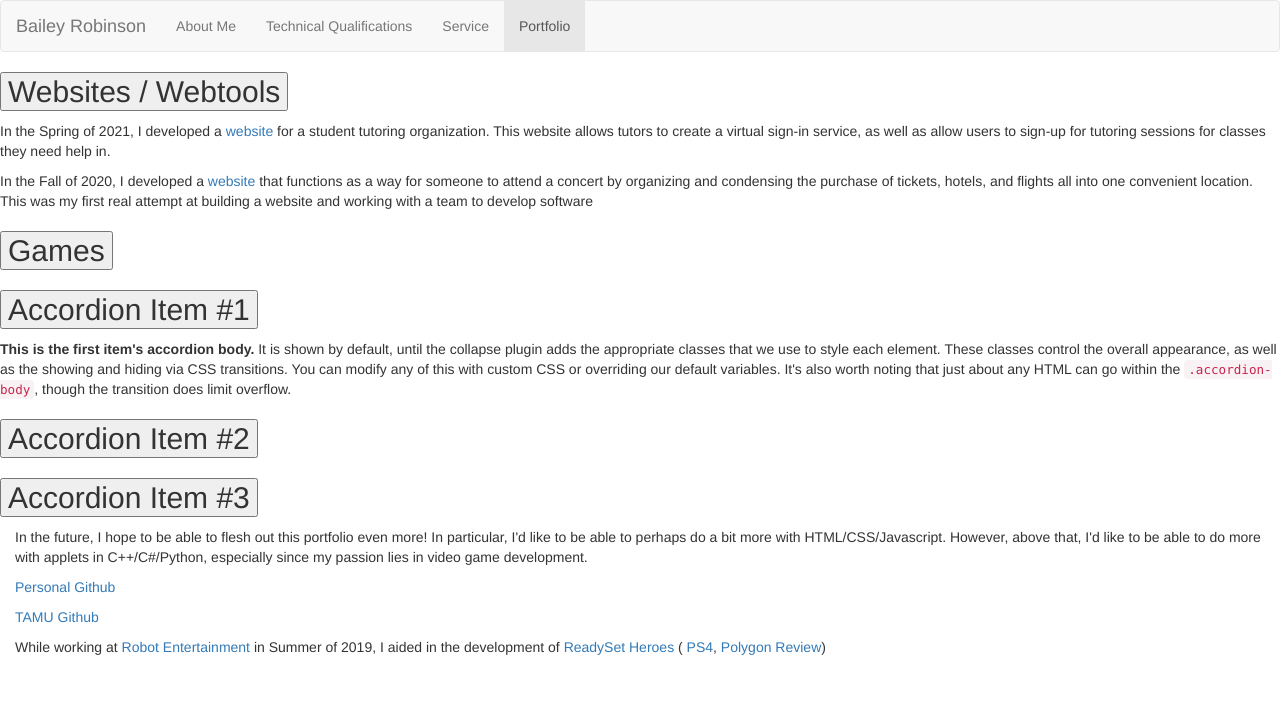
Repository: baileyjrob/personal_website
Page: portfolio.html
These files come from the project's save history. The page is drawn as it stood at one moment and after the next save; the edit follows.
The browser window is 1280 px wide. The pictures show the whole page.

Above is the page before, as saved 2022-04-20 13:14:03.

After the next save:
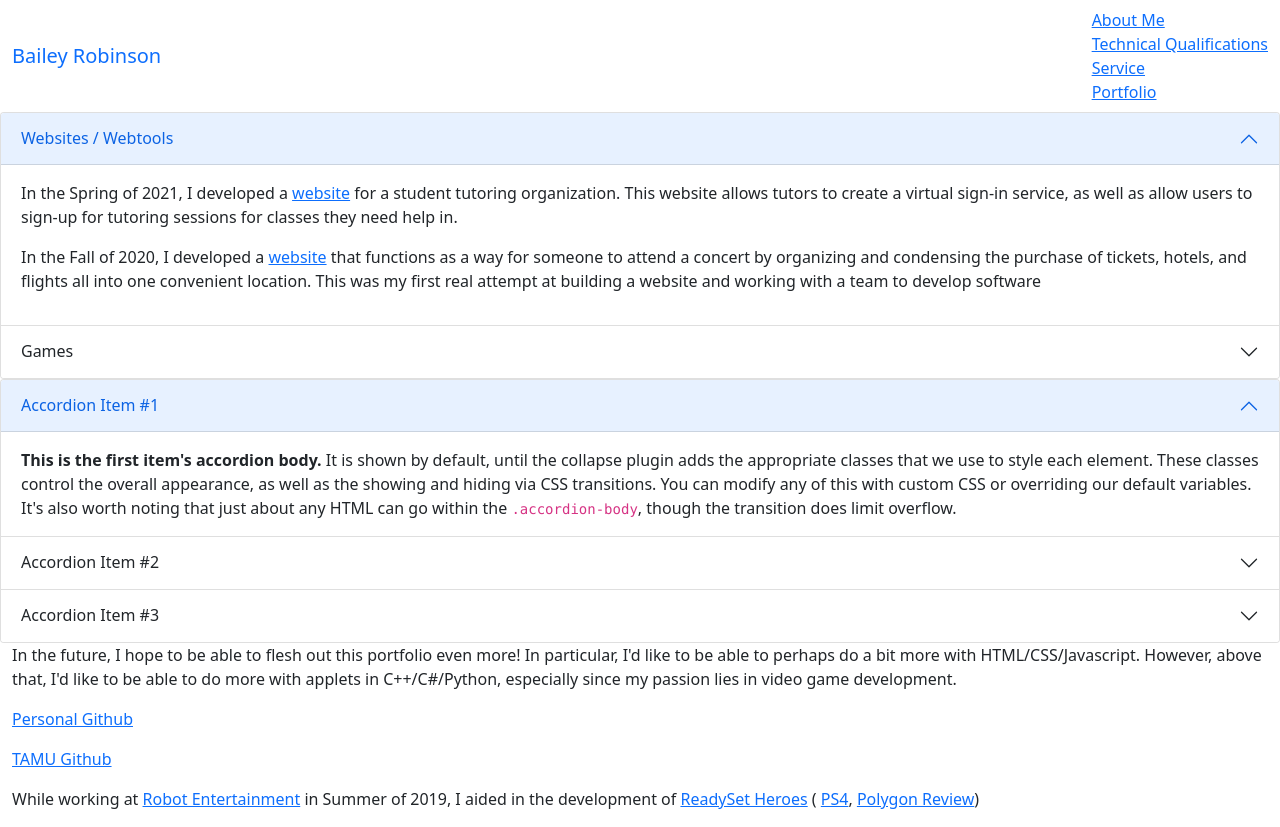
Saved 106 s later.
--- a/portfolio.html
+++ b/portfolio.html
@@ -6,7 +6,8 @@
     <meta charset="utf-8">
     <meta name="viewport" content="width=device-width, initial-scale=1">
     <!-- Latest compiled and minified CSS -->
-    <link rel="stylesheet" href="https://maxcdn.bootstrapcdn.com/bootstrap/3.4.1/css/bootstrap.min.css">
+    <link href="https://cdn.jsdelivr.net/npm/bootstrap@5.0.2/dist/css/bootstrap.min.css" rel="stylesheet"
+        integrity="sha384-EVSTQN3/azprG1Anm3QDgpJLIm9Nao0Yz1ztcQTwFspd3yD65VohhpuuCOmLASjC" crossorigin="anonymous">
 
     <!-- jQuery library -->
     <script src="https://ajax.googleapis.com/ajax/libs/jquery/3.5.1/jquery.min.js"></script>
